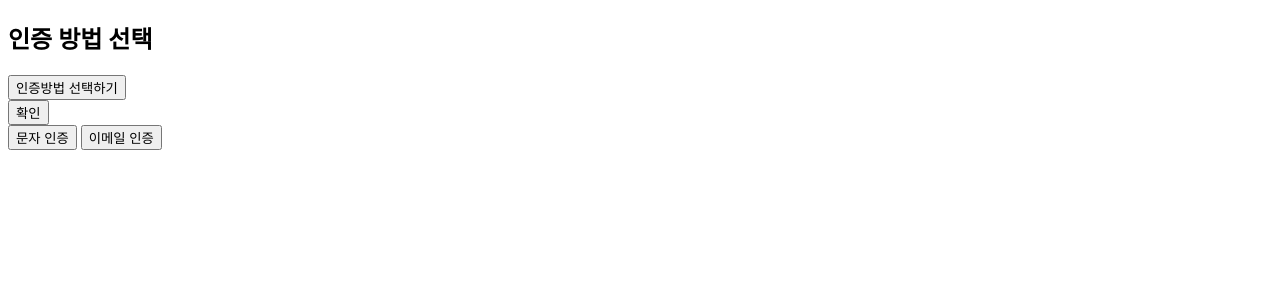
Repository: 0hmuse/day0330-2
Page: day0330-1/src/main/resources/static/test2.html
An editor plug-in stored every save of this project. The page is shown before and after the next save, followed by the edit.
The browser window is 1280 px wide. The pictures show the whole page.

Above is the page before, as saved 2020-03-30 08:30:13.

### day0330-1/src/main/resources/static/test2.html
<!DOCTYPE html>
<html>
<head>
<meta charset="EUC-KR">
<title>Insert title here</title>
<script type="text/javascript" src="https://code.jquery.com/jquery-3.4.1.min.js"></script>
<script type="text/javascript">
$(function(){

	$("#select").click(function(){
		var text = $("<span>인증할 번호, 이메일을 입력하세요</span>")
		var input = $("<input type='text' id='in' name='in'>");
		$("#f").append(text,input);

		$("#check").click(function(){
			var data = $("#f").serialize();

			$("#sms").click("/sms.do",{data:data,success:function(r){
				alert(sdata);
			}})

			$("#email").click("/email.do",{data:data,success:function(r){
				alert("버튼누름");
				alert(edata);
				}})
			})
		})
})

</script>
</head>
<body>
<h2>인증 방법 선택</h2>
<button id="select">인증방법 선택하기</button><br>
<button id="check">확인</button><br>
<form id="f">
</form>
	<button id="sms">문자 인증</button>
	<button id="email">이메일 인증</button>
</body>
</html>

After the next save:
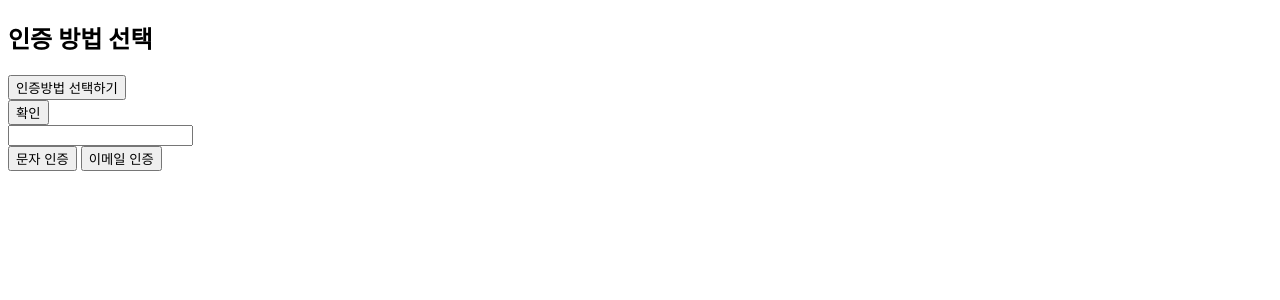
Saved 4 min 34 s later.
--- a/day0330-1/src/main/resources/static/test2.html
+++ b/day0330-1/src/main/resources/static/test2.html
@@ -34,6 +34,7 @@ $(function(){
 <button id="select">인증방법 선택하기</button><br>
 <button id="check">확인</button><br>
 <form id="f">
+	<input type="text" id="in" name="in">
 </form>
 	<button id="sms">문자 인증</button>
 	<button id="email">이메일 인증</button>
